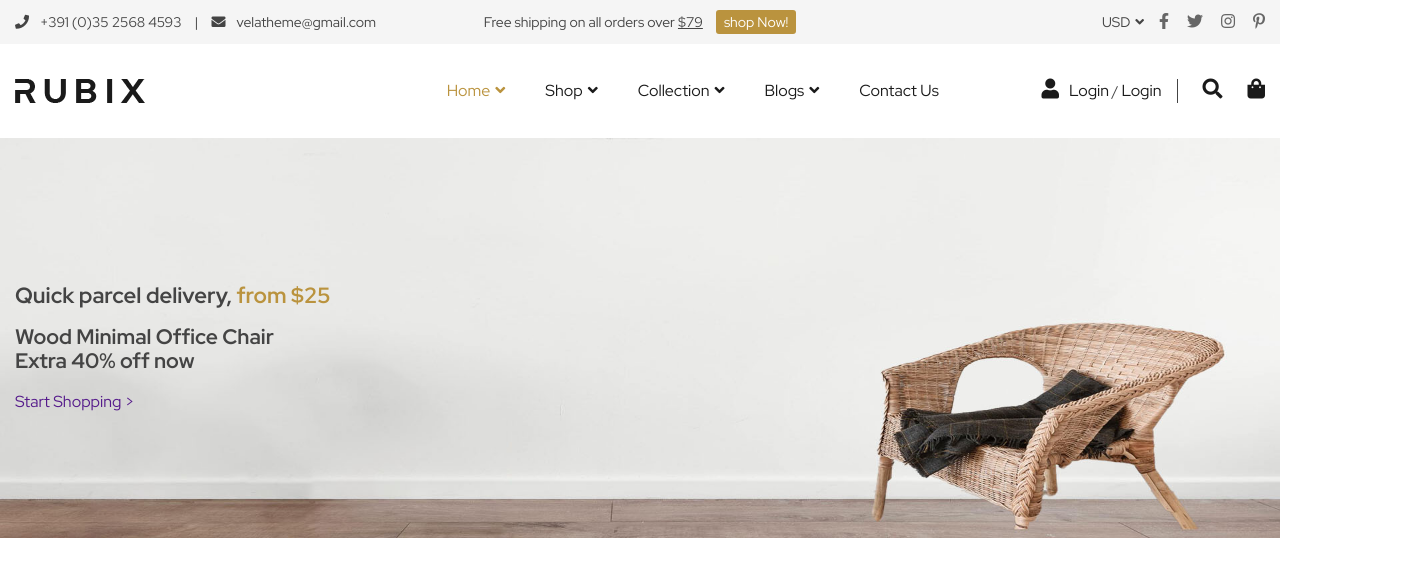
Repository: ldminh95/Gin-velademo
Page: index.html
An editor plug-in stored every save of this project. The page is shown before and after the next save, followed by the edit.
The browser window is 1280 px wide. The page is 1410 px wide, so the pictures cover 1410 px, including what lies to the right of the window. The pictures show the whole page.
The style sheet was rebuilt from its Sass, Less or Tailwind sources for each picture, by a compiler version that may differ from the author's.

Above is the page before, as saved 2023-05-28 11:14:17.

### index.html
<!DOCTYPE html>
<html lang="en">
<head>
    <meta charset="UTF-8">
    <meta http-equiv="X-UA-Compatible" content="IE=edge">
    <meta name="viewport" content="width=device-width, initial-scale=1.0">
    <title>velademo-rubix</title>
    <link rel="stylesheet" href="https://cdnjs.cloudflare.com/ajax/libs/font-awesome/5.15.4/css/all.min.css">
    <link rel="stylesheet" type="text/css" href="/css/style.css">
</head>
<body>
    <div class="Overview">
        <div class="headerTop box_flex">
            <div class="headerTop_box-Left col-m3 pd15">
                <i class="fas fa-phone"></i>
                +391 (0)35 2568 4593
                <span class="mr10">|</span>
                <i class="fas fa-envelope"></i>
                velatheme@gmail.com
            </div>
            <div class="headerTop_box-Center col-m3 pd15">
                Free shipping on all orders over <u>$79</u>
                <a href="#" class="bg_primary">shop Now!</a>
            </div>
            <div class="headerTop_box-Right col-m3 box_flex pd15">
                <div class="gin-currency">
                    <div class="gin-currency-title">USD<i class="fas fa-angle-down"></i></div>
                    <div class="gin-currency-dropdown">
                        <div class="currency-item active">USD</div>
                        <div class="currency-item">INR</div>
                        <div class="currency-item">GBP</div>
                        <div class="currency-item">CAD</div>
                        <div class="currency-item">AUD</div>
                        <div class="currency-item">EUR</div>
                        <div class="currency-item">JPY</div>
                    </div>
                </div>
                <div class="gin-link">
                    <a href="#" target="_blank"><i class="fab fa-facebook-f"></i></a>
                    <a href="#" target="_blank"><i class="fab fa-twitter"></i></a>
                    <a href="#" target="_blank"><i class="fab fa-instagram"></i></a>
                    <a href="#" target="_blank"><i class="fab fa-pinterest-p"></i></a>
                </div>
            </div>
        </div>
        <header class="headerMenu">
            <section class="box_flex">
                <div class="header_Left col-m3 pd15">
                    <img src="./images/logo.png" alt="">
                </div>
                <div class="header_Center col-m3 pd15">
                    <div class="gin_menu">
                        <ul class="box_flex">
                            <li class="active">
                                <a href="">Home<i class="fas fa-angle-down"></i></a>
                                <ul class="gin_menu-second">
                                    <li><a href="">Home01</a></li>
                                    <li><a href="">Home02</a></li>
                                    <li><a href="">Home03</a></li>
                                    <li><a href="">Home04</a></li>
                                    <li><a href="">Home05</a></li>
                                    <li><a href="">Home06</a></li>
                                </ul>
                            </li>
                            <li>
                                <a href="">Shop<i class="fas fa-angle-down"></i></a>
                                <ul class="gin_menu-second">
                                    <li><a href="">Home01</a></li>
                                    <li><a href="">Home02</a></li>
                                    <li><a href="">Home03</a></li>
                                    <li><a href="">Home04</a></li>
                                    <li><a href="">Home05</a></li>
                                    <li><a href="">Home06</a></li>
                                </ul>
                            </li>
                            <li>
                                <a href="">Collection<i class="fas fa-angle-down"></i></a>
                                <ul class="gin_menu-second">
                                    <li><a href="">Home01</a></li>
                                    <li><a href="">Home02</a></li>
                                    <li><a href="">Home03</a></li>
                                    <li><a href="">Home04</a></li>
                                    <li><a href="">Home05</a></li>
                                    <li><a href="">Home06</a></li>
                                </ul>
                            </li>
                            <li>
                                <a href="">Blogs<i class="fas fa-angle-down"></i></a>
                                <ul class="gin_menu-second">
                                    <li><a href="">Home01</a></li>
                                    <li><a href="">Home02</a></li>
                                    <li><a href="">Home03</a></li>
                                    <li><a href="">Home04</a></li>
                                    <li><a href="">Home05</a></li>
                                    <li><a href="">Home06</a></li>
                                </ul>
                            </li>
                            <li>
                                <a href="">Contact Us</a>
                                <ul class="gin_menu-second">
                                    <li><a href="">Home01</a></li>
                                    <li><a href="">Home02</a></li>
                                    <li><a href="">Home03</a></li>
                                    <li><a href="">Home04</a></li>
                                    <li><a href="">Home05</a></li>
                                    <li><a href="">Home06</a></li>
                                </ul>
                            </li>
                        </ul>
                    </div>
                </div>
                <div class="header_Right col-m3 pd15 box_flex">
                    <div class="header_Right-account box_flex">
                        <a href=""><i class="fas fa-user"></i></a>
                        <ul>
                            <li><a href="">Login</a></li>
                            <span>/</span>
                            <li><a href="">Login</a></li>
                        </ul>
                    </div>
                    <div class="header_Right-search">
                        <a href=""><i class="fas fa-search"></i></a>
                    </div>
                    <div class="header_Right-cart">
                        <a href=""><i class="fas fa-shopping-bag"></i></a>
                    </div>
                </div>
            </section>
        </header>
        <div class="MainContent">
            <div class="gin_slideshow">
                <div class="slide_item">
                    <div class="slide_item-bg">
                        <img src="./images/index_bg01.jpg" alt="ghế tại ginshop">
                        <div class="wrapper">
                            <div class="slide_item-content">
                                <p>Quick parcel delivery, <span>from $25</span></p>
                                <h2>Wood Minimal Office Chair<br>Extra 40% off now</h2>
                                <a href="">Start Shopping ></a>
                            </div>
                        </div>
                    </div>
                </div>
            </div>
        </div>
    </div>
</body>
</html>

### css/googleFont.css
@import url('https://fonts.googleapis.com/css2?family=Red+Hat+Display:ital,wght@0,300;0,400;0,500;0,600;0,700;0,800;0,900;1,300;1,400;1,500;1,600;1,700;1,800;1,900&display=swap');


:root {
    --f-red-hat: 'Red Hat Display', sans-serif;
}

### css/base.css
:root {
    --gin-font: 14px;
    --color-primary: #ba933e;
    --body-bg: #fff;
    --text-color-primary: #444444;
    --text-color-second: #1a1a1a;
    --text-color-banner: #666666;
    --topbar-bg-color: #f5f5f5;
    --font-icon: 'FontAwesome';
}
body {
    box-sizing: border-box;
    font-family: var(--f-red-hat);
    font-size: var(--gin-font);
    padding: 0;
    margin: 0;
    font-weight: 400;
    line-height: 24px;
    color: var(--text-color-primary);
}
a {
    font-size: calc(var(--gin-font) + 2px);
    text-decoration: none;
}
li {
    list-style-type: none;
}
ul {
    padding: 0;
    margin: 0;
}
img {
    max-width: 100%;
    display: block;
}
.box_flex {
    display: -webkit-flex;
    display: flex;
    align-items: center;
}

.col-m3 {
    width: 33.3333%;
}

/* ================================ */
/* Gin core */
/* ================================ */


/* margin */
.mr10 {
    margin: 0 10px;
}
.pd15 {
    padding: 0 15px;
}

### scss/style.scss
@import "googleFont.css";
@import "base.css";

.Overview {
    margin: 0 auto;
}

.headerTop {
    width: 100%;
    background: var(--topbar-bg-color);
    padding: 10px 0;
    &_box {
        &-Left {
            .fas {
                margin-right: 8px;
            }
        }
        &-Center {
            text-align: center;
            .bg_primary {
                background-color: var(--color-primary);
                color: #fff;
                padding: 0 8px;
                border-radius: 3px;
                margin-left: 10px;
                font-size: var(--gin-font);
                display: inline-block;
                &:hover {
                    background: #947531;
                }
            }
        }
        &-Right {
            justify-content: flex-end;
            .gin {
                &-currency {
                    position: relative;
                    cursor: pointer;
                    &-dropdown {
                        position: absolute;
                        display: none;
                        .currency-item {
                            padding: 5px 0;
                            &.active {
                                color: var(--color-primary);
                            }
                            &:hover {
                                color: var(--color-primary);
                                cursor: pointer;
                            }
                        }
                    }
                    i {
                        margin-left: 5px;
                    }
                    &:hover {
                        .gin-currency-dropdown {
                            display: block;
                            border: 1px solid rgba(0,0,0,0.15);
                            border-radius: 3px;
                            background-color: #fff;
                            padding: 5px 20px;
                            top: 100%;
                            font-size: calc(var(--gin-font) + 2px);
                            right: 0;
                            box-shadow: 0 6px 12px #0000002d;
                        }
                    }
                }
                &-link {
                    a {
                        margin-left: 15px;
                        color: var(--text-color-banner);
                        &:hover {
                            color: var(--color-primary);
                        }
                    }
                }
            }
        }
    }
}

.headerMenu {
    padding: 20px 0;
    .header {
        &_Center {
            li {
                position: relative;
                a {
                    padding: 15px 20px;
                    display: inline-block;
                    width: max-content;
                    color: var(--text-color-second);
                    i {
                        margin-left: 5px;
                    }
                }
                &.active {
                    >a {
                        color: var(--color-primary);
                    }
                }
                ul {
                    position: absolute;
                    min-width: 220px;
                    padding: 15px 25px;
                    display: block;
                    box-shadow: 0 6px 15px #0000001f;
                    z-index: 99;
                    text-align: left;
                    visibility: hidden;
                    margin-top: 50px;
                    transition: all .3s cubic-bezier(0.175, 0.885, 0.32, 1.275);
                    background-color: var(--body-bg);
                    a {
                        padding: 3px 0;
                        font-size: var(--gin-font);
                    }
                }
                &:hover {
                    ul {
                        visibility: visible;
                        margin-top: 0;
                        li {
                            &:hover {
                                a {
                                    color: var(--color-primary);
                                }
                            }
                        }
                    }
                }
            }
        }
        &_Right {
            justify-content: flex-end;
            &-account {
                padding-right: 15px;
                border-right: 1px solid var(--text-color-primary);
            }
            &-search {
                margin-left: 25px;
            }
            &-cart {
                margin-left: 25px;
            }
            i {
                font-size: calc(var(--gin-font) + 6px);
            }
            a {
                color: var(--text-color-second);
                &:hover {
                    color: var(--color-primary);
                }
            }
            li {
                display: inline-block;
            }
            ul {
                margin-left: 10px;
            }
        }
    }
}

.MainContent {
    .slide {
        &_item {
            position: relative;
            .wrapper {
               width: 1410px;
               position: absolute;
               margin: 0 auto;
               top: 0;
               left: 0;
               right: 0;
               bottom: 0;
               height: 100%;
               display: table;
               .slide_item-content {
                    padding: 0 15px;
                    display: table-cell;
                    vertical-align: middle;
                    p {
                        font-size: calc(var(--gin-font) + 8px);
                        font-weight: 700;
                        margin-bottom: 0.68em;
                        span {
                            color: var(--color-primary);
                        }
                    }
                    h3 {
                        font-size: calc(var(--gin-font) + 44px);
                    }
               }
            }
        }
    }
}

After the next save:
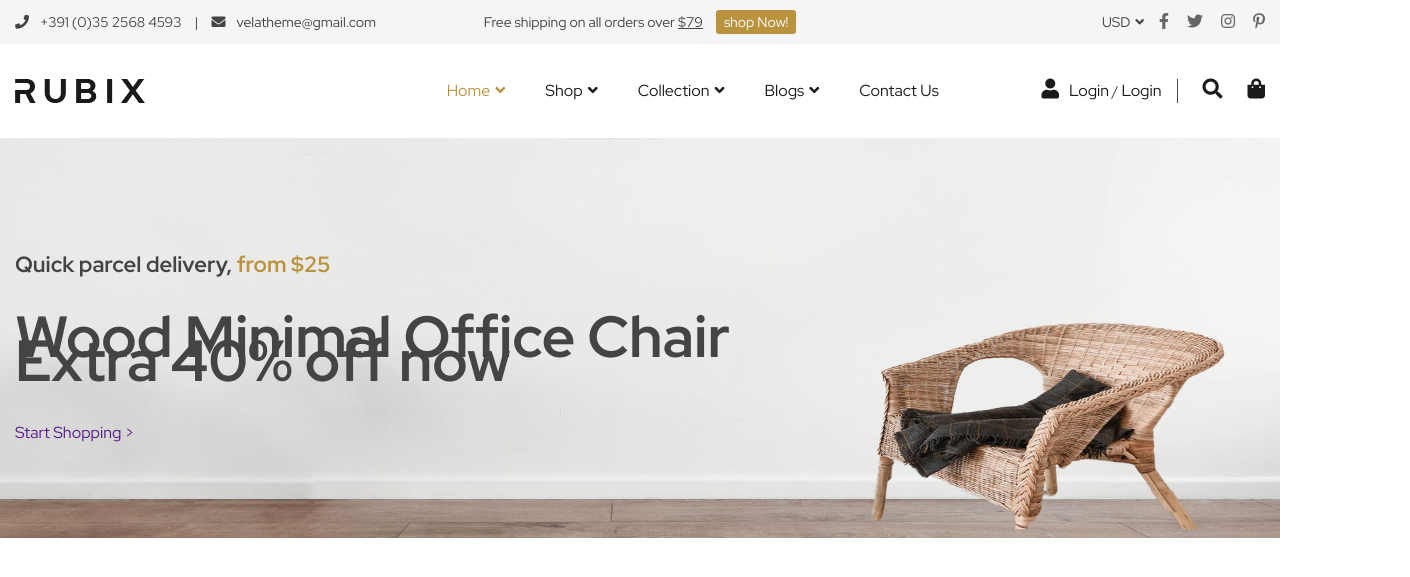
Saved 8 s later.
--- a/scss/style.scss
+++ b/scss/style.scss
@@ -190,7 +190,7 @@
                             color: var(--color-primary);
                         }
                     }
-                    h3 {
+                    h2 {
                         font-size: calc(var(--gin-font) + 44px);
                     }
                }
